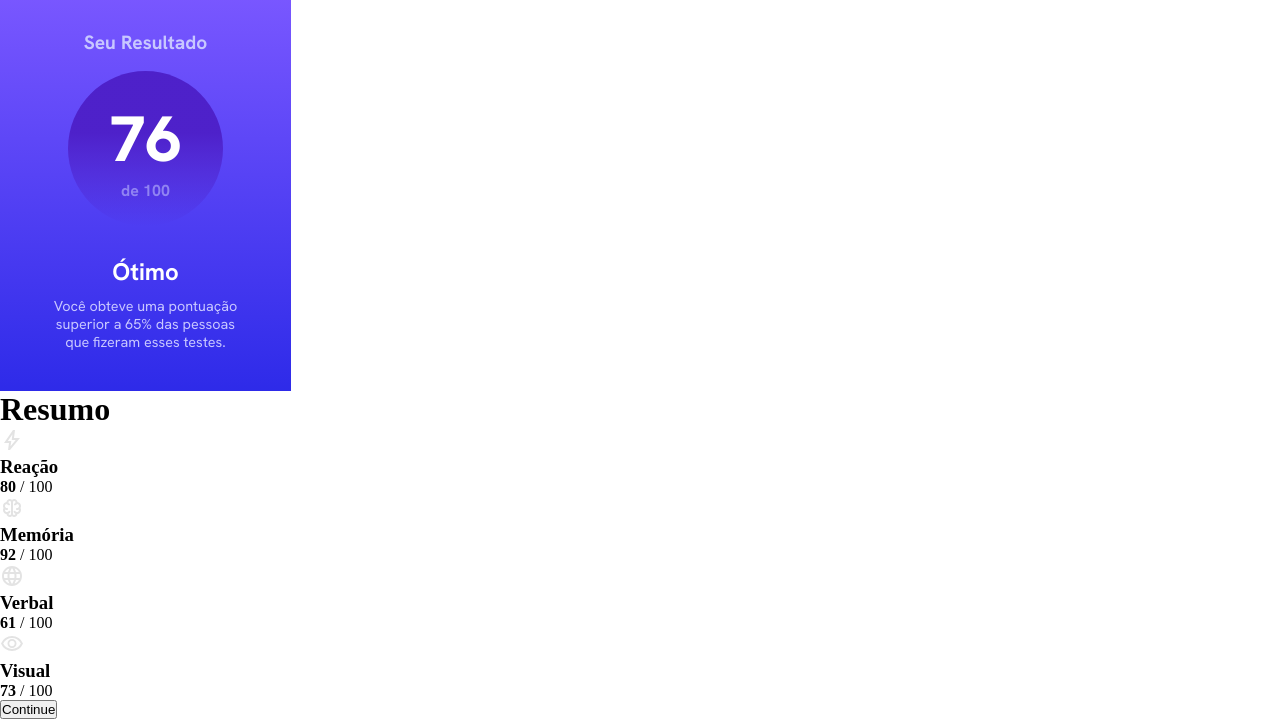
Repository: caique2512/resumo-de-resultados
Page: index.html
The author's editor kept a copy of each file at every save. The page is drawn from the files as they stood at one save, then again after the next save.
The browser window is 1280 px wide. The pictures show the whole page.

Above is the page before, as saved 2026-03-09 17:07:23.

After the next save:
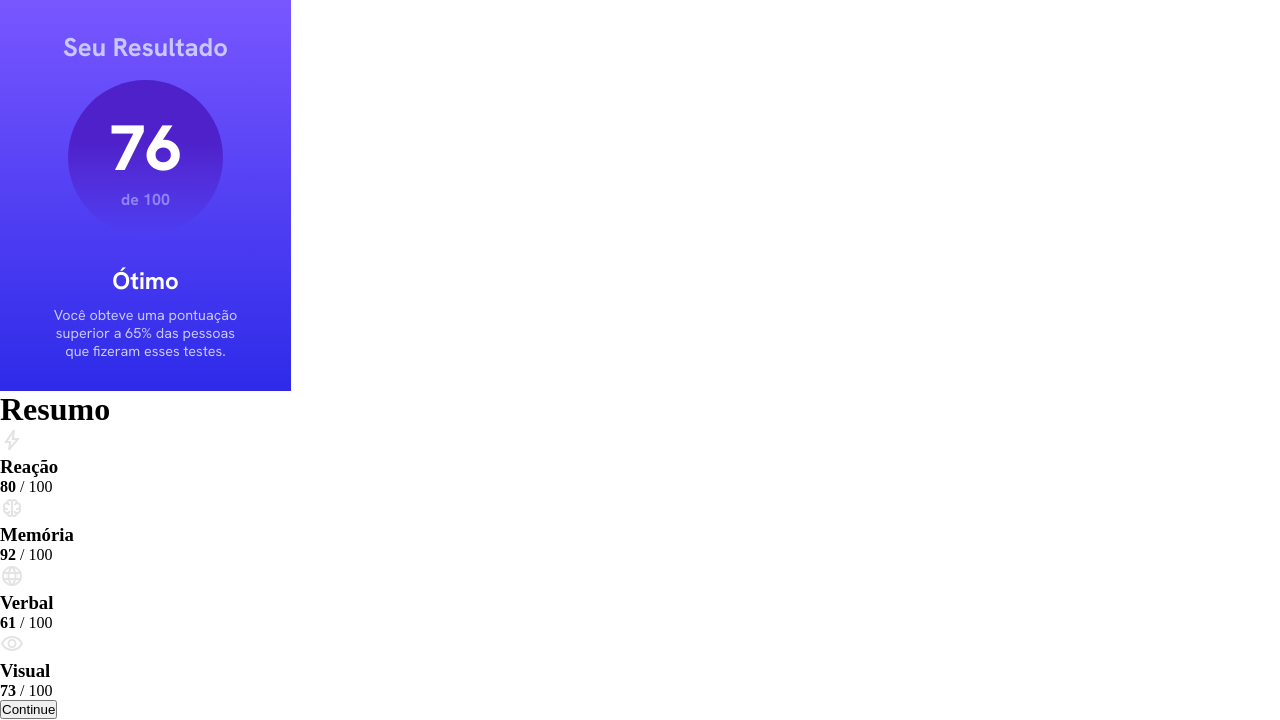
Saved 35 s later.
--- a/src/css/estilos.css
+++ b/src/css/estilos.css
@@ -14,7 +14,7 @@
     color: hsl(241, 100%, 89%);
     font-family: "Hanken Grotesk";
     margin-top: 30px;
-    font-size: 1.2rem;
+    font-size: 1.6rem;
 }
 
 .circulo {
